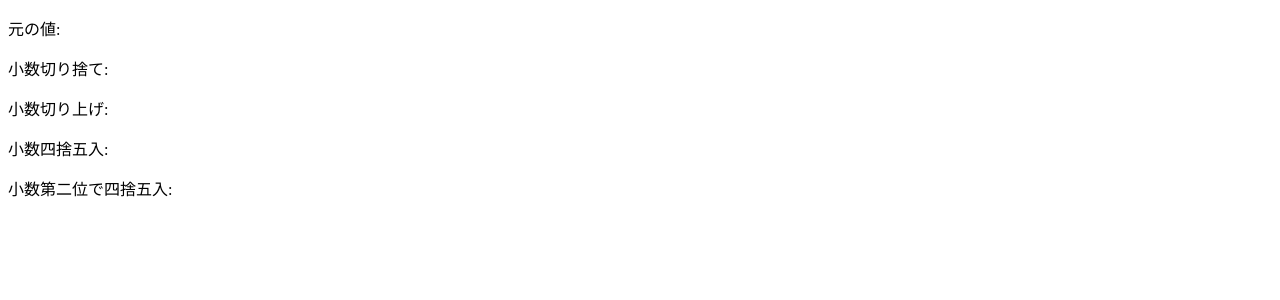
Repository: tppei/PHP
Page: http://localhost/htdocs/php03/challenge_function_float.php
The author's editor kept a record of every edit. The page is drawn from the files as they stood at one moment, then again after the next edit.
The browser window is 1280 px wide. The pictures show the whole page.
The page is run by PHP 8.4 with error messages shown; the project is at /var/www/html/.

Above is the page before.

After the next edit:
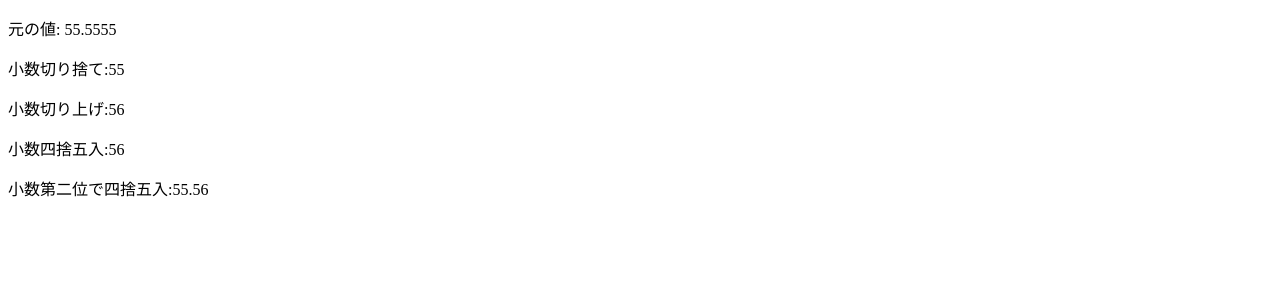
The edit:
--- a/htdocs/php03/challenge_function_float.php
+++ b/htdocs/php03/challenge_function_float.php
@@ -22,10 +22,10 @@
     <title>課題</title>
 </head>
 <body>
-    <p>元の値: </p>
-    <p>小数切り捨て:<?php '$floor' ?> </p>
-    <p>小数切り上げ:<?php '$ceil' ?> </p>
-    <p>小数四捨五入:<?php '$round' ?> </p>
-    <p>小数第二位で四捨五入:<?php '$round2' ?> </p>
+    <p>元の値: <?php echo $value ?></p>
+    <p>小数切り捨て:<?php echo $floor ?> </p>
+    <p>小数切り上げ:<?php echo $ceil ?> </p>
+    <p>小数四捨五入:<?php echo $round ?> </p>
+    <p>小数第二位で四捨五入:<?php echo $round2 ?> </p>
 </body>
 </html>
